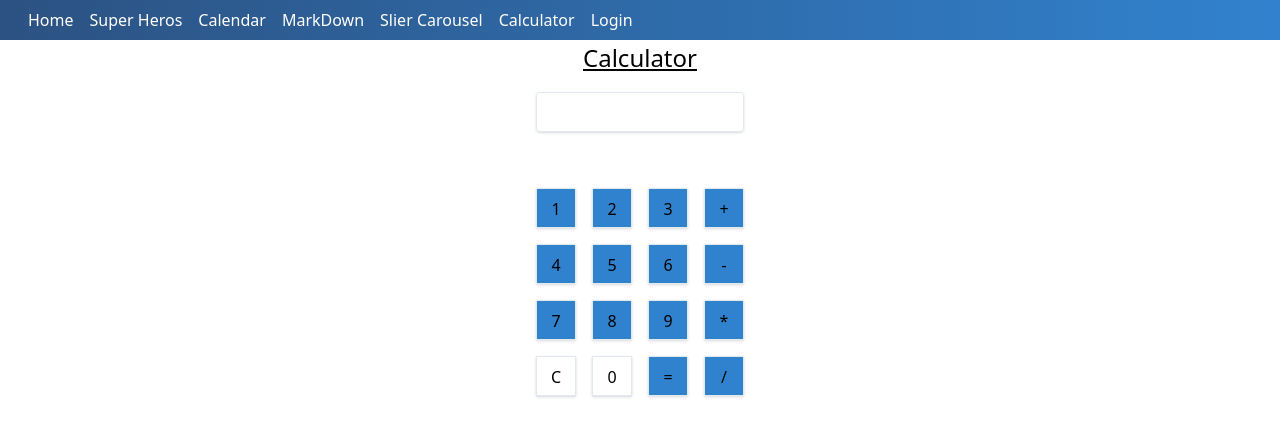
Repository: kshvkndl/VueFullCoursePractice
Page: /calculator
These files come from the project's save history. The page is drawn as it stood at one moment and after the next save; the edit follows.
The browser window is 1280 px wide. The pictures show the whole page.
The project was rebuilt for these pictures with package versions that can differ from the ones it lists, and the page was loaded fresh each time. Also part of the build but not shown: src/components/login/GoogleLogin.vue, src/components/LoginModal.vue, src/pages/SuperHeros.vue, src/pages/Calender.vue, src/pages/Home.vue, src/utilities/mixins/debounce.js, src/pages/MarkDown.vue, src/pages/Slider.vue.

Above is the page before, as saved 2020-11-24 17:15:48.

### src/main.js
import { createApp } from 'vue'
import App from './App.vue'
import './assets/style.css'
import router from './router'

const app = createApp(App);
app.use(router);
app.mount('#app');

### src/App.vue
<template>
  <AppHeader
    :isLoggedIn="isLoggedIn"
    @open-login-modal="isLoginOpen = true"
  ></AppHeader>
  <div class="w-full flex">
    <router-view></router-view>
  </div>
  <LoginModal
    v-if="isLoginOpen"
    @close-login-modal="isLoginOpen = false"
  ></LoginModal>
  <calculator></calculator>
</template>

<script>
import AppHeader from "@/components/AppHeader";
import LoginModal from "@/components/LoginModal";
import firebase from "@/utilities/firebase";

export default {
  data() {
    return {
      isLoginOpen: false,
      isLoggedIn: false,
      authUser: {},
    };
  },
  mounted() {
    firebase.auth().onAuthStateChanged((user) => {
      if (user) {
        // User is signed in, see docs for a list of available properties
        // https://firebase.google.com/docs/reference/js/firebase.User
        this.isLoggedIn = true;
        this.authUser = user;
        // ...
      } else {
        // User is signed out
        // ...
        this.isLoggedIn = false;
        this.authUser = {};
      }
    });
  },
  components: { AppHeader, LoginModal },
};
</script>

### src/router.js
import { createRouter, createWebHistory } from 'vue-router';
import SuperHeros from '@/pages/SuperHeros'
import Calender from '@/pages/Calender'
import Home from '@/pages/Home'
import MarkDown from '@/pages/MarkDown'
import Slider from '@/pages/Slider'
import Calculator from '@/pages/Calculator'


const routes = [
    { path: '/', component: Home },
    { path: '/super-heros', component: SuperHeros },
    { path: '/calendar', component: Calender },
    { path: '/markdown', component: MarkDown },
    { path: '/slider', component: Slider },
    { path: '/calculator', component: Calculator },
]

const router = createRouter({
    history: createWebHistory(),
    routes,
});
export default router;

### src/components/AppHeader.vue
<template>
  <nav
    class="w-full bg-gradient-to-r from-blue-800 to-blue-600 text-white px-5 py-2"
  >
    <router-link
      class="mx-2"
      v-for="item in list"
      :key="item.to"
      :to="item.to"
      >{{ item.title }}</router-link
    >
    <button v-if="isLoggedIn" class="mx-2" @click="logout">Logout</button>
    <button class="mx-2" v-else @click="$emit('open-login-modal')">
      Login
    </button>
  </nav>
</template>


<script>
import firebase from "@/utilities/firebase";

export default {
  props: { isLoggedIn: Boolean },
  data() {
    return {
      list: [
        { title: "Home", to: "/" },
        { title: "Super Heros", to: "/super-heros" },
        { title: "Calendar", to: "/calendar" },
        { title: "MarkDown", to: "/markdown" },
        { title: "Slier Carousel", to: "/slider" },
        { title: "Calculator", to: "/calculator" },
      ],
    };
  },

  methods: {
    logout() {
      firebase.auth().signOut();
      // .then((res) => {})
      // .catch((e) => {});
    },
  },
};
</script>

### src/utilities/firebase.js
import firebase from "firebase/app";
import "firebase/auth";

//Initialize Firebase in your app:
const firebaseConfig = {
    apiKey: "AIzaSyDjvIW3oj4Y3b7An_zw7nLTcy3s7ri5iV8",
    authDomain: "vue3-10hr-course.firebaseapp.com",
    databaseURL: "https://vue3-10hr-course.firebaseio.com",
    projectId: "vue3-10hr-course",
    storageBucket: "vue3-10hr-course.appspot.com",
    messagingSenderId: "142849199726",
    appId: "1:142849199726:web:1e3863fc8388efd1ade07f"
};

// Initialize Firebase
firebase.initializeApp(firebaseConfig);

export default firebase;

### src/pages/Calculator.vue
<template>
  <section class="flex w-full">
    <div class="m-auto">
      <h1 class="text-2xl text-center"><u>Calculator</u></h1>
      <p
        class="text-2xl text-right my-4 border rounded shadow w-45 h-10 p-1 overflow-x-hidden"
        style="direction: rtl"
      >
        {{ currentNum }}
      </p>

      <div class="h-10">
        <small> {{ prevNum }} {{ selectedOperation }} {{ currentNum }} </small>
      </div>

      <div class="mb-10 grid grid-cols-4 gap-4">
        <button
          @click="buttonPressed('1')"
          class="p-2 border shadow w-10 h-10 rounder bg-gradient-to-r bg-red-600 bg-blue-600"
        >
          1
        </button>
        <button
          @click="buttonPressed('2')"
          class="p-2 border shadow w-10 h-10 rounder bg-gradient-to-r bg-red-600 bg-blue-600"
        >
          2
        </button>
        <button
          @click="buttonPressed('3')"
          class="p-2 border shadow w-10 h-10 rounder bg-gradient-to-r bg-red-600 bg-blue-600"
        >
          3
        </button>
        <button
          @click="buttonPressed('+')"
          class="p-2 border shadow w-10 h-10 rounder bg-gradient-to-r bg-red-600 bg-blue-600"
        >
          +
        </button>
        <button
          @click="buttonPressed('4')"
          class="p-2 border shadow w-10 h-10 rounder bg-gradient-to-r bg-red-600 bg-blue-600"
        >
          4
        </button>
        <button
          @click="buttonPressed('5')"
          class="p-2 border shadow w-10 h-10 rounder bg-gradient-to-r bg-red-600 bg-blue-600"
        >
          5
        </button>
        <button
          @click="buttonPressed('6')"
          class="p-2 border shadow w-10 h-10 rounder bg-gradient-to-r bg-red-600 bg-blue-600"
        >
          6
        </button>
        <button
          @click="buttonPressed('-')"
          class="p-2 border shadow w-10 h-10 rounder bg-gradient-to-r bg-red-600 bg-blue-600"
        >
          -
        </button>
        <button
          @click="buttonPressed('7')"
          class="p-2 border shadow w-10 h-10 rounder bg-gradient-to-r bg-red-600 bg-blue-600"
        >
          7
        </button>
        <button
          @click="buttonPressed('8')"
          class="p-2 border shadow w-10 h-10 rounder bg-gradient-to-r bg-red-600 bg-blue-600"
        >
          8
        </button>
        <button
          @click="buttonPressed('9')"
          class="p-2 border shadow w-10 h-10 rounder bg-gradient-to-r bg-red-600 bg-blue-600"
        >
          9
        </button>
        <button
          @click="buttonPressed('*')"
          class="p-2 border shadow w-10 h-10 rounder bg-gradient-to-r bg-red-600 bg-blue-600"
        >
          *
        </button>
        <button
          @click="buttonPressed('c')"
          class="p-2 border shadow h-10 rounder"
        >
          C
        </button>
        <button
          @click="buttonPressed('0')"
          class="p-2 border shadow h-10 rounder"
        >
          0
        </button>
        <button
          @click="buttonPressed('=')"
          class="p-2 border shadow w-10 h-10 rounder bg-gradient-to-r bg-red-600 bg-blue-600"
        >
          =
        </button>
        <button
          @click="buttonPressed('/')"
          class="p-2 border shadow w-10 h-10 rounder bg-gradient-to-r bg-red-600 bg-blue-600"
        >
          /
        </button>
      </div>
    </div>
  </section>
</template>

<script>
import { onMounted, onUnmounted, ref } from "vue";
export default {
  setup() {
    const currentNum = ref("");
    const prevNum = ref("");
    const selectedOperation = ref("");
    const operations = ["+", "-", "*", "/"];
    const numbers = ["1", "2", "3", "4", "5", "6", "7", "8", "9", "0"];

    function buttonPressed(value) {
      if (value === "=" || value === "Enter") calculate();

      if (value === "c") clear();
      else if (operations.includes(value)) applyOperation(value);
      else if (numbers.includes(value)) appendNumber(value);
    }

    function appendNumber(value) {
      currentNum.value = currentNum.value + value;
    }

    function applyOperation(value) {
      calculate();
      prevNum.value = currentNum.value;
      currentNum.value = "";
      selectedOperation.value = value;
    }

    function calculate() {
      if (selectedOperation.value === "+") sum();
      else if (selectedOperation.value === "-") subtract();
      else if (selectedOperation.value === "*") multiply();
      else if (selectedOperation.value === "/") divide();

      prevNum.value = "";
      selectedOperation.value = "";
    }
    const sum = () => (currentNum.value = +prevNum.value + +currentNum.value);
    const subtract = () =>
      (currentNum.value = prevNum.value - currentNum.value);
    const multiply = () =>
      (currentNum.value = prevNum.value * currentNum.value);
    const divide = () => (currentNum.value = prevNum.value / currentNum.value);

    const clear = () => (currentNum.value = "");

    const handleKeydown = (e) => buttonPressed(e.key);

    onMounted(() => window.addEventListener("keydown", handleKeydown));

    onUnmounted(() => window.removeEventListener("keydown", handleKeydown));

    return {
      currentNum,
      buttonPressed,
      selectedOperation,
      prevNum,
    };
  },
};
</script>

Loaded but not shown: public/index.html (common file); src/assets/style.css (common file); tailwind.config.js (common file)

After the next save:
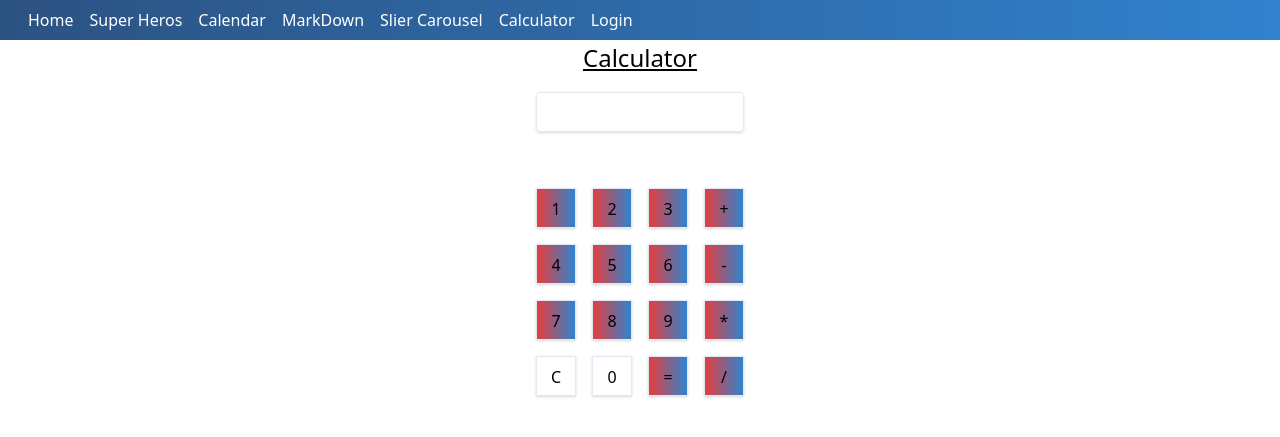
Saved 55 s later.
--- a/src/pages/Calculator.vue
+++ b/src/pages/Calculator.vue
@@ -16,73 +16,73 @@
       <div class="mb-10 grid grid-cols-4 gap-4">
         <button
           @click="buttonPressed('1')"
-          class="p-2 border shadow w-10 h-10 rounder bg-gradient-to-r bg-red-600 bg-blue-600"
+          class="p-2 border shadow w-10 h-10 rounder bg-gradient-to-r from-red-600 to-blue-600"
         >
           1
         </button>
         <button
           @click="buttonPressed('2')"
-          class="p-2 border shadow w-10 h-10 rounder bg-gradient-to-r bg-red-600 bg-blue-600"
+          class="p-2 border shadow w-10 h-10 rounder bg-gradient-to-r from-red-600 to-blue-600"
         >
           2
         </button>
         <button
           @click="buttonPressed('3')"
-          class="p-2 border shadow w-10 h-10 rounder bg-gradient-to-r bg-red-600 bg-blue-600"
+          class="p-2 border shadow w-10 h-10 rounder bg-gradient-to-r from-red-600 to-blue-600"
         >
           3
         </button>
         <button
           @click="buttonPressed('+')"
-          class="p-2 border shadow w-10 h-10 rounder bg-gradient-to-r bg-red-600 bg-blue-600"
+          class="p-2 border shadow w-10 h-10 rounder bg-gradient-to-r from-red-600 to-blue-600"
         >
           +
         </button>
         <button
           @click="buttonPressed('4')"
-          class="p-2 border shadow w-10 h-10 rounder bg-gradient-to-r bg-red-600 bg-blue-600"
+          class="p-2 border shadow w-10 h-10 rounder bg-gradient-to-r from-red-600 to-blue-600"
         >
           4
         </button>
         <button
           @click="buttonPressed('5')"
-          class="p-2 border shadow w-10 h-10 rounder bg-gradient-to-r bg-red-600 bg-blue-600"
+          class="p-2 border shadow w-10 h-10 rounder bg-gradient-to-r from-red-600 to-blue-600"
         >
           5
         </button>
         <button
           @click="buttonPressed('6')"
-          class="p-2 border shadow w-10 h-10 rounder bg-gradient-to-r bg-red-600 bg-blue-600"
+          class="p-2 border shadow w-10 h-10 rounder bg-gradient-to-r from-red-600 to-blue-600"
         >
           6
         </button>
         <button
           @click="buttonPressed('-')"
-          class="p-2 border shadow w-10 h-10 rounder bg-gradient-to-r bg-red-600 bg-blue-600"
+          class="p-2 border shadow w-10 h-10 rounder bg-gradient-to-r from-red-600 to-blue-600"
         >
           -
         </button>
         <button
           @click="buttonPressed('7')"
-          class="p-2 border shadow w-10 h-10 rounder bg-gradient-to-r bg-red-600 bg-blue-600"
+          class="p-2 border shadow w-10 h-10 rounder bg-gradient-to-r from-red-600 to-blue-600"
         >
           7
         </button>
         <button
           @click="buttonPressed('8')"
-          class="p-2 border shadow w-10 h-10 rounder bg-gradient-to-r bg-red-600 bg-blue-600"
+          class="p-2 border shadow w-10 h-10 rounder bg-gradient-to-r from-red-600 to-blue-600"
         >
           8
         </button>
         <button
           @click="buttonPressed('9')"
-          class="p-2 border shadow w-10 h-10 rounder bg-gradient-to-r bg-red-600 bg-blue-600"
+          class="p-2 border shadow w-10 h-10 rounder bg-gradient-to-r from-red-600 to-blue-600"
         >
           9
         </button>
         <button
           @click="buttonPressed('*')"
-          class="p-2 border shadow w-10 h-10 rounder bg-gradient-to-r bg-red-600 bg-blue-600"
+          class="p-2 border shadow w-10 h-10 rounder bg-gradient-to-r from-red-600 to-blue-600"
         >
           *
         </button>
@@ -100,13 +100,13 @@
         </button>
         <button
           @click="buttonPressed('=')"
-          class="p-2 border shadow w-10 h-10 rounder bg-gradient-to-r bg-red-600 bg-blue-600"
+          class="p-2 border shadow w-10 h-10 rounder bg-gradient-to-r from-red-600 to-blue-600"
         >
           =
         </button>
         <button
           @click="buttonPressed('/')"
-          class="p-2 border shadow w-10 h-10 rounder bg-gradient-to-r bg-red-600 bg-blue-600"
+          class="p-2 border shadow w-10 h-10 rounder bg-gradient-to-r from-red-600 to-blue-600"
         >
           /
         </button>
